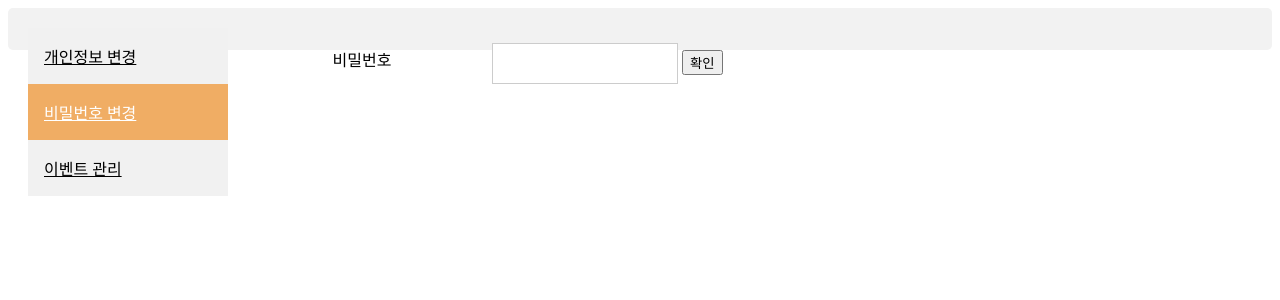
Repository: kdw0937/UdongProject
Page: http://localhost/matjib2/jsp/pass.jsp
An editor plug-in stored every save of this project. The page is shown before and after the next save, followed by the edit.
The browser window is 1280 px wide. The pictures show the whole page.
The page is served by Tomcat 9.

Above is the page before, as saved 2021-01-21 16:17:38.

After the next save:
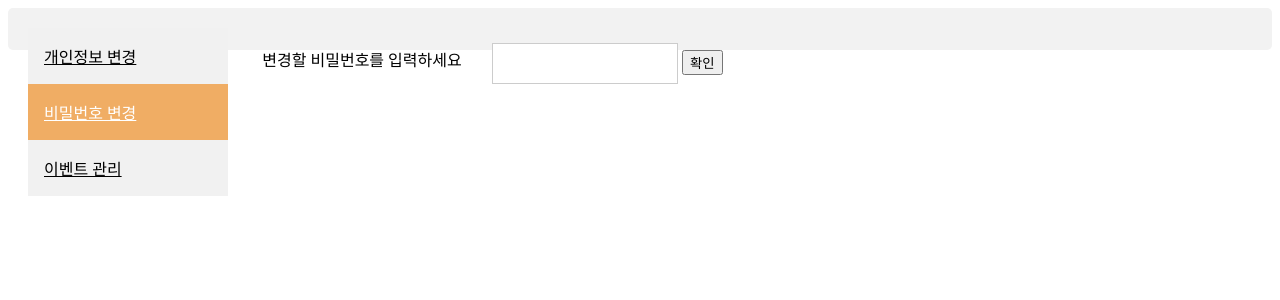
Saved 2 min 26 s later.
--- a/matjib2/src/main/webapp/jsp/pass.jsp
+++ b/matjib2/src/main/webapp/jsp/pass.jsp
@@ -26,7 +26,7 @@
 			<div class="content">
 		<div class="row">
 			<div class="col-25">
-				<label >비밀번호</label>
+				<label >변경할 비밀번호를 입력하세요</label>
 			</div>
 			<div class="col-75">
 				<input type = "hidden" name = "user_id" value = "${loginUser }"/>
